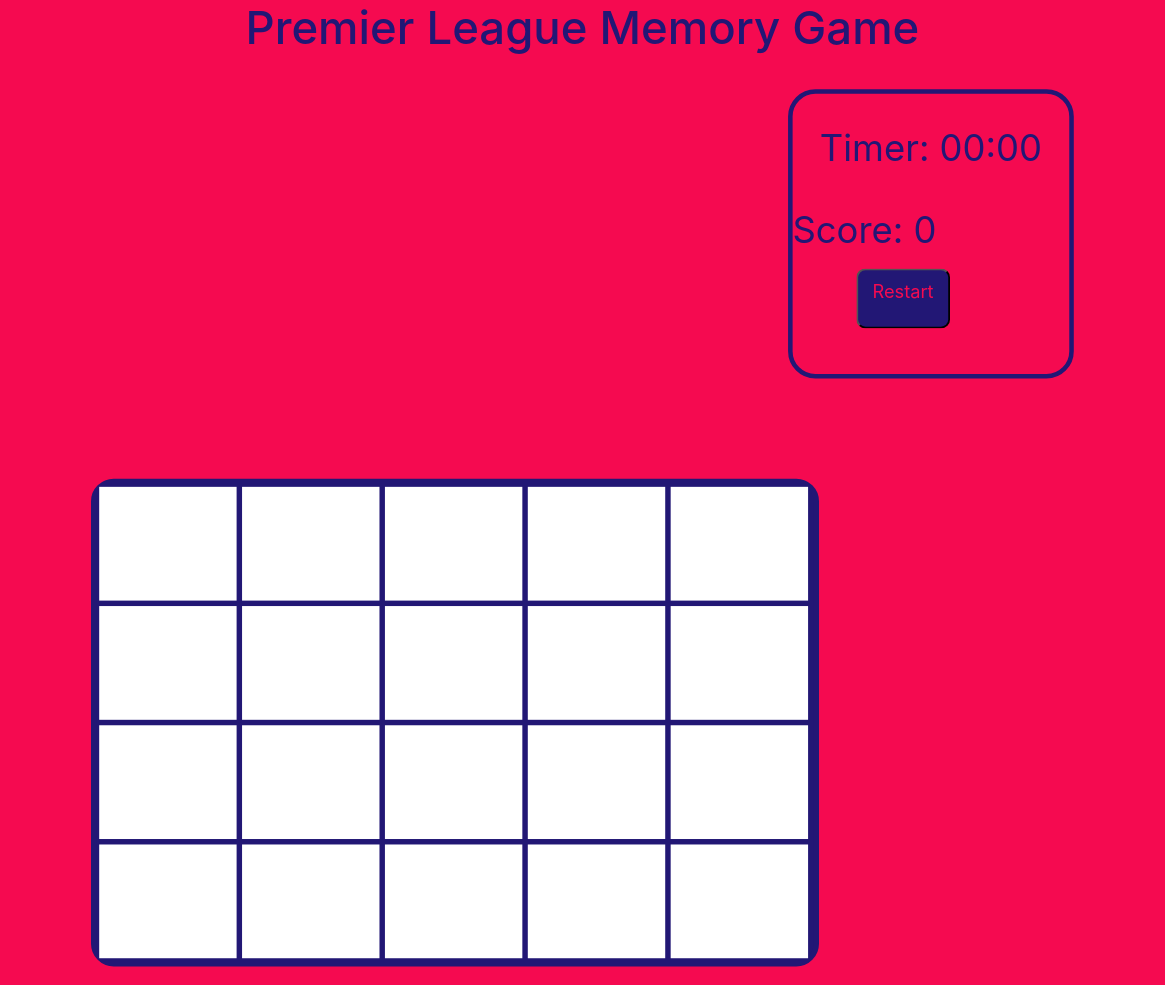
Repository: IchaTreasure/Premier-League-Memory-Game-
Page: index.html
The author's editor kept a record of every edit. The page is drawn from the files as they stood at one moment, then again after the next edit.
The browser window is 1280 px wide. The pictures show the whole page, at 91% of full size.
Some web libraries are served in a nearby version.

Above is the page before.
Console error: TypeError: Cannot read properties of null (reading 'addEventListener')

### index.html
<!DOCTYPE html>
<html lang="en">

<head>
    <meta charset="UTF-8">
    <meta name="viewport" content="width=device-width, initial-scale=1.0">
    <meta http-equiv="X-UA-Compatible" content="ie=edge">

    <link rel="stylesheet" href="https://maxcdn.bootstrapcdn.com/bootstrap/4.1.3/css/bootstrap.min.css">
    <link rel="stylesheet" href="https://use.fontawesome.com/releases/v5.6.1/css/all.css" integrity="sha384-gfdkjb5BdAXd+lj+gudLWI+BXq4IuLW5IT+brZEZsLFm++aCMlF1V92rMkPaX4PP" crossorigin="anonymous">
    <link rel="stylesheet" href="https://stackpath.bootstrapcdn.com/bootstrap/4.3.1/css/bootstrap.min.css" type="text/css" />
    <link rel="stylesheet" href="https://stackpath.bootstrapcdn.com/font-awesome/4.7.0/css/font-awesome.min.css" type="text/css" />
    <link rel="stylesheet" href="https://cdnjs.cloudflare.com/ajax/libs/hover.css/2.3.1/css/hover-min.css" type="text/css" />
    <link href="https://fonts.googleapis.com/css?family=Roboto:400,700" rel="stylesheet">
    <link rel="canonical" href="https://getbootstrap.com/docs/4.3/examples/starter-template/">



    <link rel="stylesheet" href="styles.css" type="text/css" />
    <title>Premier League Memory Game</title>
</head>

<body>
    <!-- Title of the the game -->
    <h1 style="color: #221775; text-align: center; font-size: 50px;">
        Premier League Memory Game
    </h1>

    <!-- div for info about the current status of the game i.e time, score, flips -->
    <div class="game-info">

        <!-- div to show timer -->
        <div class="game-timer">
            <span>Timer:</span>
            <span>00:00</span>
        </div>

        <!-- div to show currnet score -->
        <div id="game-score">
        <span>Score:</span>
        <span>0</span>
        </div>

        <!-- div to reset the game -->
        <button class="reset-game btn-lg active">
       <p style="color: #f50a50;">Restart</p>
        </button>

    </div>

    <!-- div for the 4x5 Memory game -->
    <div id="game-container">

        <!-- div for the front and back images of the cards , coppied 20 time because its a 4x5 -->
        <div id="memory-card1" class="memory-card">
            <div id="back-card1" class="back-card">
                <img src="Images/manunited.jpg"></img>
            </div>
            <div id="front-card1" class="front-card">

            </div>
        </div>

        <!-- div for the front and back images of the cards , coppied 20 time because its a 4x5 -->
        <div id="memory-card2" class="memory-card">
            <div id="back-card2" class="back-card">
                <img src="Images/Mancity.png"></img>
            </div>
            <div id="front-card2" class="front-card">

            </div>
        </div>

        <!-- div for the front and back images of the cards , coppied 20 time because its a 4x5 -->
        <div id="memory-card3" class="memory-card">
            <div id="back-card3" class="back-card">
                <img src="Images/leicester.jpg"></img>
            </div>
            <div id="front-card3" class="front-card">

            </div>
        </div>

        <!-- div for the front and back images of the cards , coppied 20 time because its a 4x5 -->
        <div id="memory-card4" class="memory-card">
            <div id="back-card4" class="back-card">
                <img src="Images/Everton.png"></img>
            </div>
            <div id="front-card4" class="front-card">

            </div>
        </div>

        <!-- div for the front and back images of the cards , coppied 20 time because its a 4x5 -->
        <div id="memory-card5" class="memory-card">
            <div id="back-card5" class="back-card">
                <img src="Images/chelsea.png"></img>
            </div>
            <div id="front-card5" class="front-card">

            </div>
        </div>

        <!-- div for the front and back images of the cards , coppied 20 time because its a 4x5 -->
        <div id="memory-card6" class="memory-card">
            <div id="back-card6" class="back-card">
                <img src="Images/Watford.png"></img>
            </div>
            <div id="front-card6" class="front-card">

            </div>
        </div>

        <!-- div for the front and back images of the cards , coppied 20 time because its a 4x5 -->
        <div id="memory-card7" class="memory-card">
            <div id="back-card7" class="back-card">
                <img src="Images/west-ham.png"></img>
            </div>
            <div id="front-card7" class="front-card">

            </div>
        </div>

        <!-- div for the front and back images of the cards , coppied 20 time because its a 4x5 -->
        <div id="memory-card8" class="memory-card">
            <div id="back-card8" class="back-card">
                <img src="Images/bournemouth.jpg"></img>
            </div>
            <div id="front-card8" class="front-card">

            </div>
        </div>

        <!-- div for the front and back images of the cards , coppied 20 time because its a 4x5 -->
        <div id="memory-card9" class="memory-card">
            <div id="back-card9" class="back-card">
                <img src="Images/Burnley.png"></img>
            </div>
            <div id="front-card9" class="front-card">

            </div>
        </div>

        <!-- div for the front and back images of the cards , coppied 20 time because its a 4x5 -->
        <div id="memory-card10" class="memory-card">
            <div id="back-card10" class="back-card">
                <img src="Images/crystal_pal.png"></img>
            </div>
            <div id="front-card10" class="front-card">

            </div>
        </div>

        <!-- div for the front and back images of the cards , coppied 20 time because its a 4x5 -->
        <div id="memory-card11" class="memory-card">
            <div id="back-card11" class="back-card">
                <img src="Images/manunited.jpg"></img>
            </div>
            <div id="front-card11" class="front-card">

            </div>
        </div>

        <!-- div for the front and back images of the cards , coppied 20 time because its a 4x5 -->
        <div id="memory-card12" class="memory-card">
            <div id="back-card12" class="back-card">
                <img src="Images/Watford.png"></img>
            </div>
            <div id="front-card12" class="front-card">

            </div>
        </div>

        <!-- div for the front and back images of the cards , coppied 20 time because its a 4x5 -->
        <div id="memory-card13" class="memory-card">
            <div id="back-card13" class="back-card">
                <img src="Images/Burnley.png"></img>
            </div>
            <div id="front-card13" class="front-card">

            </div>
        </div>

        <!-- div for the front and back images of the cards , coppied 20 time because its a 4x5 -->
        <div id="memory-card14" class="memory-card">
            <div id="back-card14" class="back-card">
                <img src="Images/west-ham.png"></img>
            </div>
            <div id="front-card14" class="front-card">

            </div>
        </div>

        <!-- div for the front and back images of the cards , coppied 20 time because its a 4x5 -->
        <div id="memory-card15" class="memory-card">
            <div id="back-card15" class="back-card">
                <img src="Images/chelsea.png"></img>
            </div>
           <div id="front-card15" class="front-card">

            </div>
        </div>

        <!-- div for the front and back images of the cards , coppied 20 time because its a 4x5 -->
        <div id="memory-card16" class="memory-card">
            <div id="back-card16" class="back-card">
                <img src="Images/bournemouth.jpg"></img>
            </div>
            <div id="front-card16" class="front-card">

            </div>
        </div>

        <!-- div for the front and back images of the cards , coppied 20 time because its a 4x5 -->
        <div id="memory-card17" class="memory-card">
            <div id="back-card17" class="back-card">
                <img src="Images/leicester.jpg"></img>
            </div>
            <div id="front-card17" class="front-card">

            </div>
        </div>

        <!-- div for the front and back images of the cards , coppied 20 time because its a 4x5 -->
        <div id="memory-card18" class="memory-card">
            <div id="back-card18" class="back-card">
                <img src="Images/crystal_pal.png"></img>
            </div>
            <div id="front-card18" class="front-card">

            </div>
        </div>

        <!-- div for the front and back images of the cards , coppied 20 time because its a 4x5 -->
        <div id="memory-card19" class="memory-card">
            <div id="back-card19" class="back-card">
                <img src="Images/Mancity.png"></img>
            </div>
            <div id="front-card19" class="front-card">

            </div>
        </div>

        <!-- div for the front and back images of the cards , coppied 20 time because its a 4x5 -->
        <div id="memory-card20" class="memory-card">
            <div id="back-card20" class="back-card">
                <img src="Images/Everton.png"></img>
            </div>
            <div id="front-card20" class="front-card">

            </div>
        </div>

    </div>

<script type="text/javascript" src="script.js"></script>

    <script src="https://code.jquery.com/jquery-3.3.1.slim.min.js" integrity="sha384-q8i/X+965DzO0rT7abK41JStQIAqVgRVzpbzo5smXKp4YfRvH+8abtTE1Pi6jizo" crossorigin="anonymous"></script>
    <script src="https://cdnjs.cloudflare.com/ajax/libs/popper.js/1.14.7/umd/popper.min.js" integrity="sha384-UO2eT0CpHqdSJQ6hJty5KVphtPhzWj9WO1clHTMGa3JDZwrnQq4sF86dIHNDz0W1" crossorigin="anonymous"></script>
    <script src="https://stackpath.bootstrapcdn.com/bootstrap/4.3.1/js/bootstrap.min.js" integrity="sha384-JjSmVgyd0p3pXB1rRibZUAYoIIy6OrQ6VrjIEaFf/nJGzIxFDsf4x0xIM+B07jRM" crossorigin="anonymous"></script>

</body>

</html>

### styles.css
* {
  padding: 0;
  margin: 0;
  box-sizing: border-box;
  user-select: none;
}

body {
  background: #f50a50;
}

/* currnent status of the game stying */
.game-info {
  float: right;
	font-size: 40px;
	color: #221775;
	margin-top: 30px;
	margin-bottom: 100px;
	margin-right: 100px;
	margin-left: 100px;
	border: 5px solid #221775;
	border-radius: 30px;
}

/* Space between the timer and score */
.game-score,
.game-timer{
  margin: 30px;
}

.reset-game {
  background-color: #221775;
	margin-bottom: 50px;
	margin-left: 70px;
	border-radius: 10px;
}

#game-container {
  float: left;
	width: 800px;
	height: auto;
	margin: 10px 20px 20px 100px;
	border: 6px solid #221775;
	background-color: #221775;
	border-radius: 25px;
}

img {
	width: 120px;
	height: 110px;
}

.memory-card{
  width: 151px;
	height: 125px;
	display: inline-block;
	float: left;
	margin: 3px;
	padding: 10px;
	background-color: white;
}

.front-card {
	position: absolute;
	width: 150px;
	height: 125px;
	margin: 0;
	transform: rotateY(0deg);
	transition: transform 0.5s linear 0s;
	backface-visibility: hidden;

}

.back-card {
	position: absolute;
	width: 150px;
	height: 125px;
	transform: rotateY(180deg);
	transition: transform 0.5s linear 0s;
	backface-visibility: hidden;
}

### script.js
//retriving the the classes of the game, timer, score and reset
var gamecontainer = document.getElementById("game-container");
var gametimer = document.getElementsByClassName("game-timer");
var gamescore = document.getElementById("game-score");
var resetgame = document.getElementsByClassName("reset-game");

var cardChecked = 0;
var cardNumber; // id of which card was clicked

var frontcard;
var backcard;

var endgame = false;

var cardIndex = [0, 0, 0, 0, 0, 0, 0, 0, 0, 0, 0, 0, 0, 0, 0, 0, 0, 0, 0, 0];

var cardTextRecord = [];

var cardRecord = [];

var numberOfFlips = 0;

var scoreCounter = 0;

//Fliping the cards
//gamecontainer.addEventListener("click", function(e) { // Listening for click
document.getElementById("game-container").addEventListener("click", function(e) { // Listening for click
	var targetElement = e.target.parentElement; //finding out which element was clicked and the parent of that elemnt
	var numId = targetElement.id;
	if (Number.isInteger(parseInt(numId.replace("back-card", ""), 10))) {
		cardClicked(targetElement.parentElement.id);
	}
	else {
		cardClicked(numId);
	}
});


function cardClicked(cardId) {
	cardNumber = cardId.replace("memory-card", "");
	cardNumber = parseInt(cardNumber, 10);

	if (cardIndex[cardNumber - 1] == 0 && cardChecked == 0 && endgame == false) {

		//frontcard = document.getElementById("front-card" + cardNumber);
		//backcard = document.getElementById("back-card" + cardNumber);
		document.getElementById("front-card" + cardNumber).style.transform = "rotateY(-180deg)";
		document.getElementById("back-card" + cardNumber).style.transform = "rotateY(0deg)";

		cardTextRecord.push(document.getElementById("back-card" + cardNumber).innerHTML);
		cardRecord.push(cardNumber);

		numberOfFlips++;
		cardIndex[cardNumber - 1] = 1;

		if (numberOfFlips == 2) {
			if (cardTextRecord[0] == cardTextRecord[1]) {
				scoreCounter++;
				//gamescore.innerHTML = "Score: " + scoreCounter;
				document.getElementById("game-score").innerHTML = "Score: " + scoreCounter;
				cardTextRecord = [];
				cardRecord = [];

				numberOfFlips = 0;

				if (scoreCounter == 10) {
					clearTimeout();
					setTimeout(function() { showScore(); }, 600);
				}
				return;
			}
			else {
				cardChecked = 1;
				setTimeout(function() { unFlip(); }, 600);
				return;
			}
		}
	}

	if (endgame == true) {
		alert("Game Over, click reset to reshuffle the Board");
	}
}

function unFlip() {
	document.getElementById("front-card" + cardRecord[0]).style.transform = "rotateY(0deg)";
	document.getElementById("back-card" + cardRecord[0]).style.transform = "rotateY(180deg)";
	document.getElementById("front-card" + cardRecord[1]).style.transform = "rotateY(0deg)";
	document.getElementById("back-card" + cardRecord[1]).style.transform = "rotateY(180deg)";

	cardIndex[cardRecord[0] - 1] = 0;
	cardIndex[cardRecord[1] - 1] = 0;
	cardTextRecord = [];
	cardRecord = [];
	numberOfFlips = 0;
	cardChecked = 0;
}

function showScore() {
	endgame = true;

	if (scoreCounter == 10) {
		alert("Congratulations! You won! Your Score is " + scoreCounter);
	}
	else {
		alert("Sorry!!!! You Lost Your score is " + scoreCounter);

	}
}

document.getElementById("reset-game").addEventListener("click", startNewGame);

function startNewGame() {
	window.location.reload();
}

After the next edit:
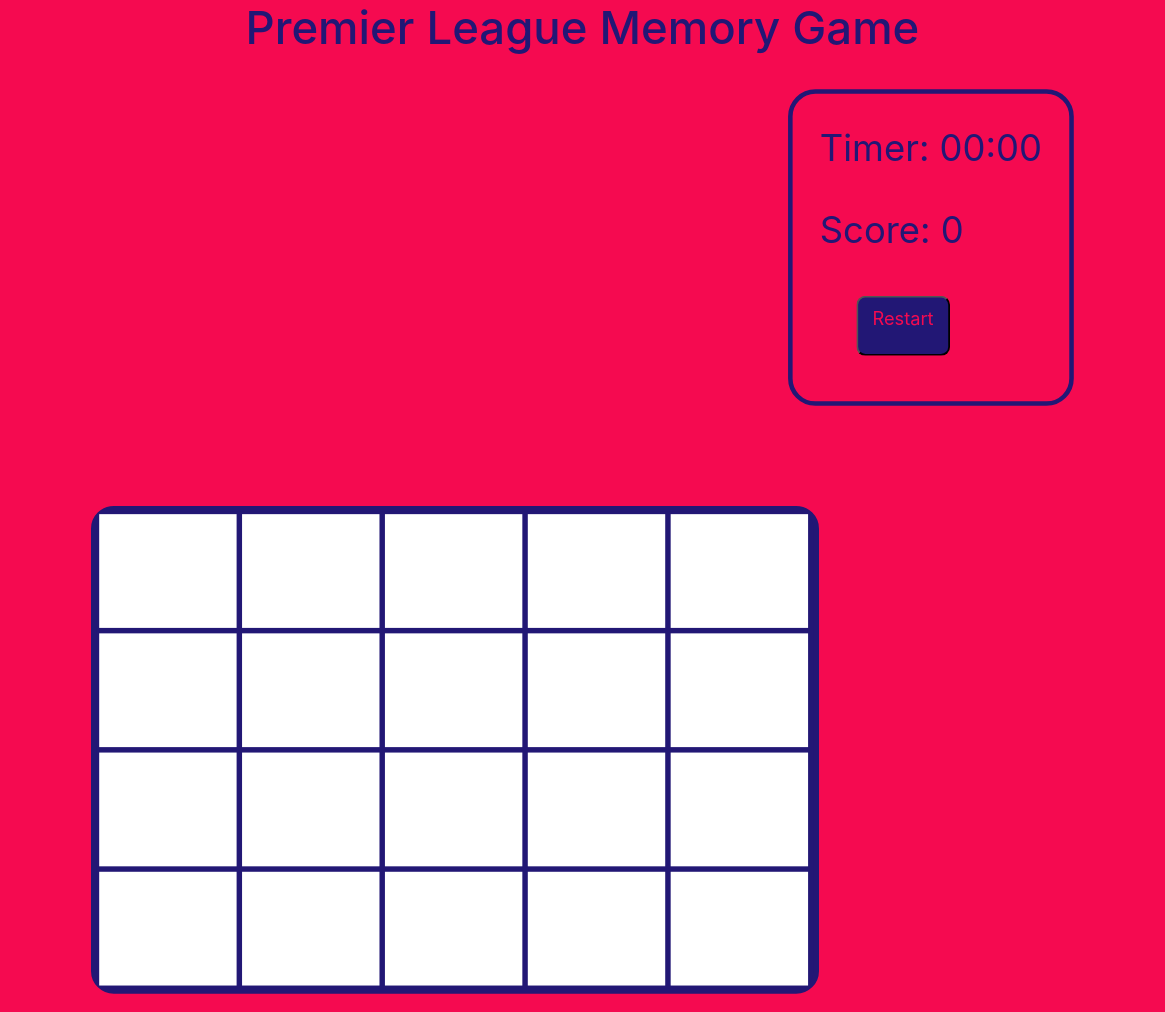
The edit:
--- a/styles.css
+++ b/styles.css
@@ -23,7 +23,9 @@
 }
 
 /* Space between the timer and score */
-.game-score,
+#game-score{
+	margin: 30px;
+}
 .game-timer{
   margin: 30px;
 }
